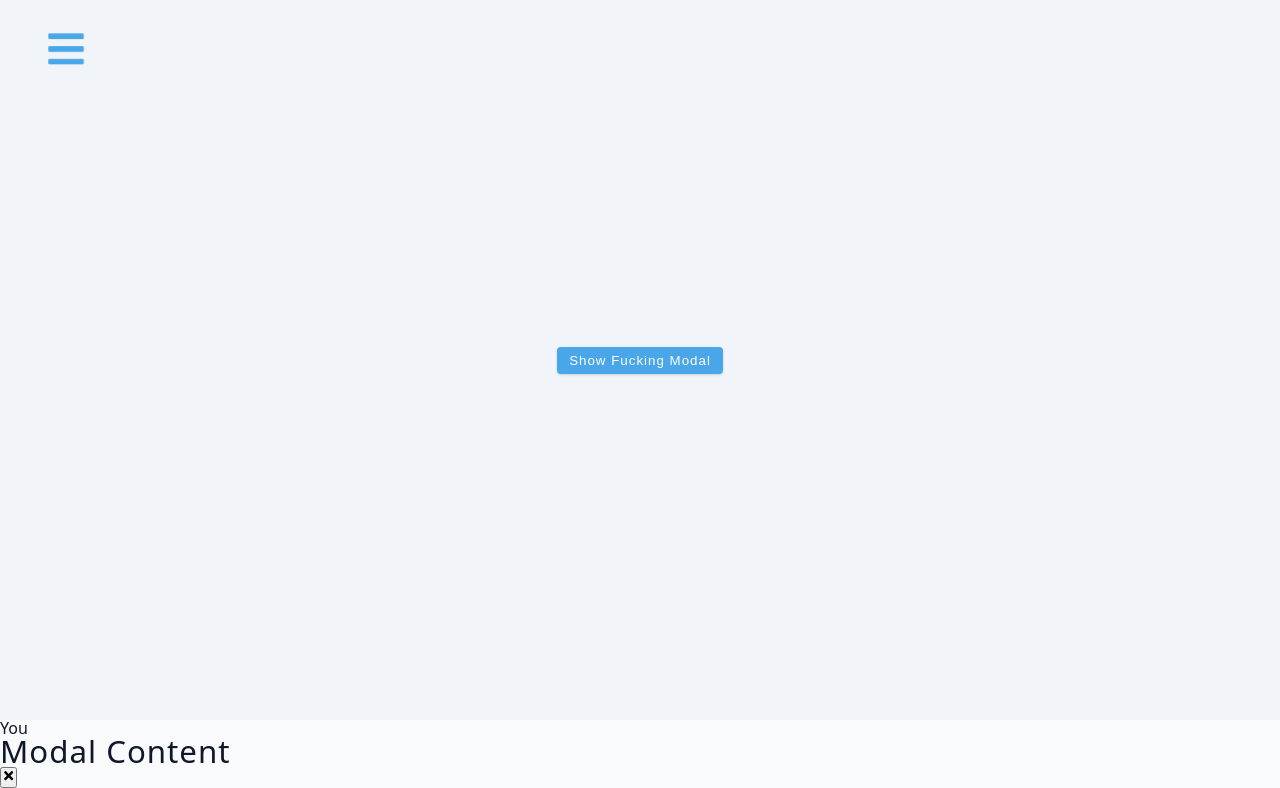
Repository: Maryie-B/React-Practice-Projects
Page: / (app in Sidebar/)
The author's editor kept a copy of each file at every save. The page is drawn from the files as they stood at one save, then again after the next save.
The browser window is 1280 px wide. The pictures show the whole page.
The project was rebuilt for these pictures with package versions that can differ from the ones it lists, and the page was loaded fresh each time. Also part of the build but not shown: Sidebar/vite.config.js.

Above is the page before, as saved 2023-06-13 11:06:51.

### Sidebar/src/main.jsx
import React from 'react';
import ReactDOM from 'react-dom/client';
import App from './App';
import './index.css';
import { AppProvider } from './Context';

ReactDOM.createRoot(document.getElementById('root')).render(
  <React.StrictMode>
    <AppProvider>
      <App />
    </AppProvider>
  </React.StrictMode>
);

### Sidebar/src/App.jsx
import Home from "./Home";
import Sidebar from "./Sidebar";
import Modal from "./Modal";

const App = () => {
  return <>
    <Home />
    <Sidebar />
    <Modal />
  </>;
};
export default App;

### Sidebar/src/index.css
/* ============= GLOBAL CSS =============== */

*,
::after,
::before {
  margin: 0;
  padding: 0;
  box-sizing: border-box;
}

html {
  font-size: 100%;
} /*16px*/

:root {
  /* colors */
  --primary-100: #c5e5fc;
  --primary-200: #a5d5f8;
  --primary-300: #8bcbf9;
  --primary-400: #6ebef7;
  --primary-500: #49a6e9;
  --primary-600: #2d87c8;
  --primary-700: #1a6aa2;
  --primary-800: #104e7a;
  --primary-900: #063251;

  /* grey */
  --grey-50: #f8fafc;
  --grey-100: #f1f5f9;
  --grey-200: #e2e8f0;
  --grey-300: #cbd5e1;
  --grey-400: #94a3b8;
  --grey-500: #64748b;
  --grey-600: #475569;
  --grey-700: #334155;
  --grey-800: #1e293b;
  --grey-900: #0f172a;
  /* rest of the colors */
  --black: #222;
  --white: #fff;
  --red-light: #f8d7da;
  --red-dark: #842029;
  --green-light: #d1e7dd;
  --green-dark: #0f5132;

  --small-text: 0.875rem;
  --extra-small-text: 0.7em;
  /* rest of the vars */
  --backgroundColor: var(--grey-50);
  --textColor: var(--grey-900);
  --borderRadius: 0.25rem;
  --letterSpacing: 1px;
  --transition: 0.3s ease-in-out all;
  --max-width: 1120px;
  --fixed-width: 600px;

  /* box shadow*/
  --shadow-1: 0 1px 3px 0 rgba(0, 0, 0, 0.1), 0 1px 2px 0 rgba(0, 0, 0, 0.06);
  --shadow-2: 0 4px 6px -1px rgba(0, 0, 0, 0.1),
    0 2px 4px -1px rgba(0, 0, 0, 0.06);
  --shadow-3: 0 10px 15px -3px rgba(0, 0, 0, 0.1),
    0 4px 6px -2px rgba(0, 0, 0, 0.05);
  --shadow-4: 0 20px 25px -5px rgba(0, 0, 0, 0.1),
    0 10px 10px -5px rgba(0, 0, 0, 0.04);
}

body {
  background: var(--backgroundColor);
  font-family: system-ui, -apple-system, BlinkMacSystemFont, 'Segoe UI', Roboto,
    Oxygen, Ubuntu, Cantarell, 'Open Sans', 'Helvetica Neue', sans-serif;
  font-weight: 400;
  line-height: 1;
  color: var(--textColor);
}
p {
  margin: 0;
}
h1,
h2,
h3,
h4,
h5 {
  margin: 0;
  font-family: var(--headingFont);
  font-weight: 400;
  line-height: 1;
  text-transform: capitalize;
  letter-spacing: var(--letterSpacing);
}

h1 {
  font-size: 3.052rem;
}

h2 {
  font-size: 2.441rem;
}

h3 {
  font-size: 1.953rem;
}

h4 {
  font-size: 1.563rem;
}

h5 {
  font-size: 1.25rem;
}

.text {
  margin-bottom: 1.5rem;
  max-width: 40em;
}

small,
.text-small {
  font-size: var(--small-text);
}

a {
  text-decoration: none;
}
ul {
  list-style-type: none;
  padding: 0;
}

.img {
  width: 100%;
  display: block;
  object-fit: cover;
}
/* buttons */

.btn {
  cursor: pointer;
  color: var(--white);
  background: var(--primary-500);
  border: transparent;
  border-radius: var(--borderRadius);
  letter-spacing: var(--letterSpacing);
  padding: 0.375rem 0.75rem;
  box-shadow: var(--shadow-1);
  transition: var(--transition);
  text-transform: capitalize;
  display: inline-block;
}
.btn:hover {
  background: var(--primary-700);
  box-shadow: var(--shadow-3);
}
.btn-hipster {
  color: var(--primary-500);
  background: var(--primary-200);
}
.btn-hipster:hover {
  color: var(--primary-200);
  background: var(--primary-700);
}
.btn-block {
  width: 100%;
}

/* alerts */
.alert {
  padding: 0.375rem 0.75rem;
  margin-bottom: 1rem;
  border-color: transparent;
  border-radius: var(--borderRadius);
}

.alert-danger {
  color: var(--red-dark);
  background: var(--red-light);
}
.alert-success {
  color: var(--green-dark);
  background: var(--green-light);
}
/* form */

.form {
  width: 90vw;
  max-width: var(--fixed-width);
  background: var(--white);
  border-radius: var(--borderRadius);
  box-shadow: var(--shadow-2);
  padding: 2rem 2.5rem;
  margin: 3rem auto;
}
.form-label {
  display: block;
  font-size: var(--small-text);
  margin-bottom: 0.5rem;
  text-transform: capitalize;
  letter-spacing: var(--letterSpacing);
}
.form-input,
.form-textarea {
  width: 100%;
  padding: 0.375rem 0.75rem;
  border-radius: var(--borderRadius);
  background: var(--backgroundColor);
  border: 1px solid var(--grey-200);
}

.form-row {
  margin-bottom: 1rem;
}

.form-textarea {
  height: 7rem;
}
::placeholder {
  font-family: inherit;
  color: var(--grey-400);
}
.form-alert {
  color: var(--red-dark);
  letter-spacing: var(--letterSpacing);
  text-transform: capitalize;
}
/* alert */

@keyframes spinner {
  to {
    transform: rotate(360deg);
  }
}

.loading {
  width: 6rem;
  height: 6rem;
  border: 5px solid var(--grey-400);
  border-radius: 50%;
  border-top-color: var(--primary-500);
  animation: spinner 0.6s linear infinite;
  margin: 0 auto;
}

/* title */

.title {
  text-align: center;
}

.title-underline {
  background: var(--primary-500);
  width: 7rem;
  height: 0.25rem;
  margin: 0 auto;
  margin-top: 1rem;
}
/*
===============
Project CSS
===============
*/

main {
  min-height: 100vh;
  display: flex;
  justify-content: center;
  align-items: center;
  background: var(--grey-100);
}

.sidebar-toggle {
  position: fixed;
  top: 2rem;
  left: 3rem;
  font-size: 2rem;
  background: transparent;
  border-color: transparent;
  color: var(--primary-500);
  cursor: pointer;
  animation: bounce 2s ease-in-out infinite;
}

@keyframes bounce {
  0% {
    transform: scale(1);
  }
  50% {
    transform: scale(1.5);
  }
  100% {
    transform: scale(1);
  }
}

### Sidebar/src/Context.jsx
import { createContext, useState, useContext} from "react";

const AppContext = createContext();

export const AppProvider = ({children}) => {
    const [isSidebarOpen, setIsSidebarOpen] = useState(false);
    const [isModalOpen, setIsModalOpen] = useState(false);

    const openSidebar = () => {
        setIsSidebarOpen(true);
    };
    const closeSidebar = () => {
        setIsSidebarOpen(false);
    };
    const openModal = () => {
        setIsModalOpen(true);
    };
    const closeModal = () => {
        setIsModalOpen(false);
    };

    return (
        <AppContext.Provider value={{isSidebarOpen, isModalOpen, openSidebar, openModal, closeSidebar, closeModal}}>
            {children}
        </AppContext.Provider>
    );
};

export const useGlobalContext = () => {
    return useContext(AppContext);
};

### Sidebar/src/Home.jsx
import React from 'react'
import { useGlobalContext } from './Context'
import { FaBars} from 'react-icons/fa';

const Home = () => {
    const { openSidebar, openModal } = useGlobalContext();
  return (
    <main>
      <button className="sidebar-toggle" onClick={openSidebar}>
        <FaBars />
      </button>
      <button className="btn"onClick={openModal}>
        Show Fucking Modal
      </button>
    </main>
  )
}

export default Home

### Sidebar/src/Sidebar.jsx
import React from 'react'

const Sidebar = () => {
  return (
    <div>
      You
    </div>
  )
}

export default Sidebar

### Sidebar/src/Modal.jsx
import React from 'react'
import { FaTimes } from 'react-icons/fa'
import { useGlobalContext } from './Context'

const Modal = () => {
    const { isModalOpen, closeModal} = useGlobalContext();
  return (
    <div className='modal-overlay'>
      <div className="modal-container">
        <h3>Modal Content</h3>
        <button className="close-modal-btn" onClick={closeModal}>
            <FaTimes />
        </button>
      </div>
    </div>
  )
}

export default Modal

Loaded but not shown: Sidebar/index.html (common file)

After the next save:
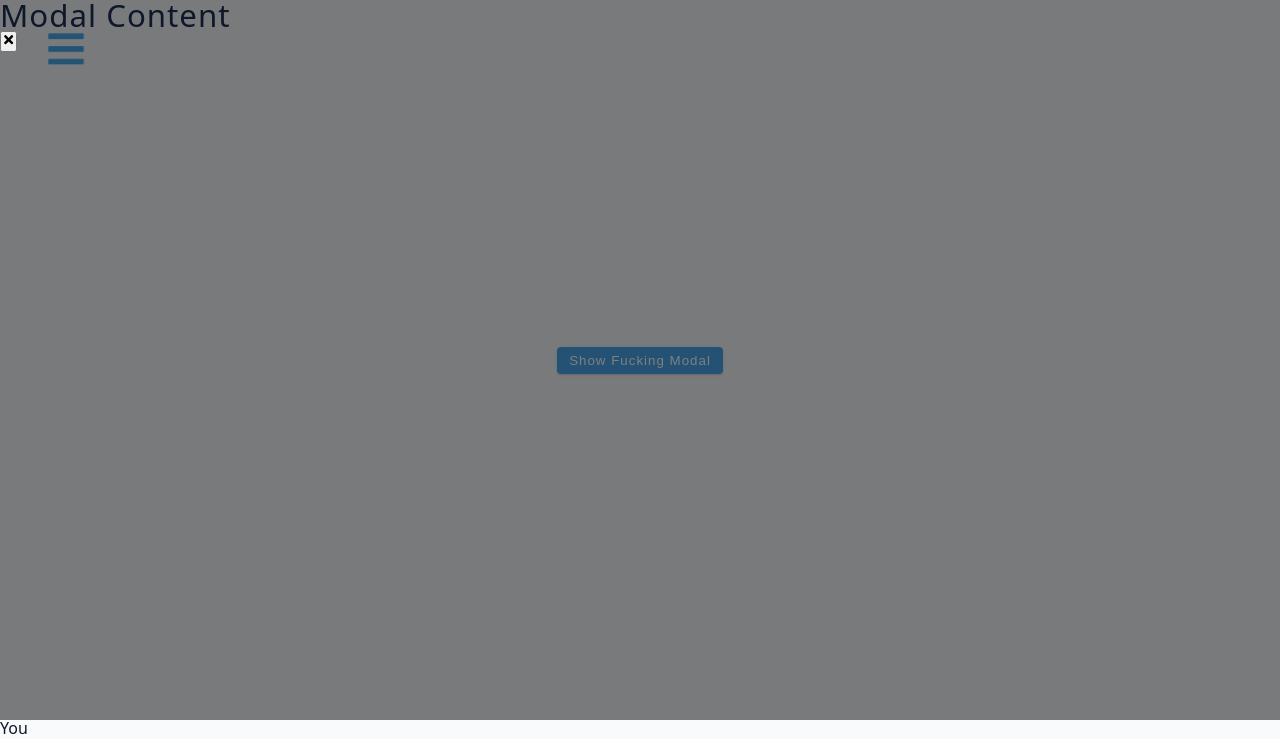
Saved 88 s later.
--- a/Sidebar/src/index.css
+++ b/Sidebar/src/index.css
@@ -289,3 +289,12 @@
     transform: scale(1);
   }
 }
+
+.modal-overlay {
+  position: fixed;
+  top: 0;
+  left: 0;
+  width: 100%;
+  height: 100%;
+  background-color: rgba(0, 0, 0, 0.5);
+}
